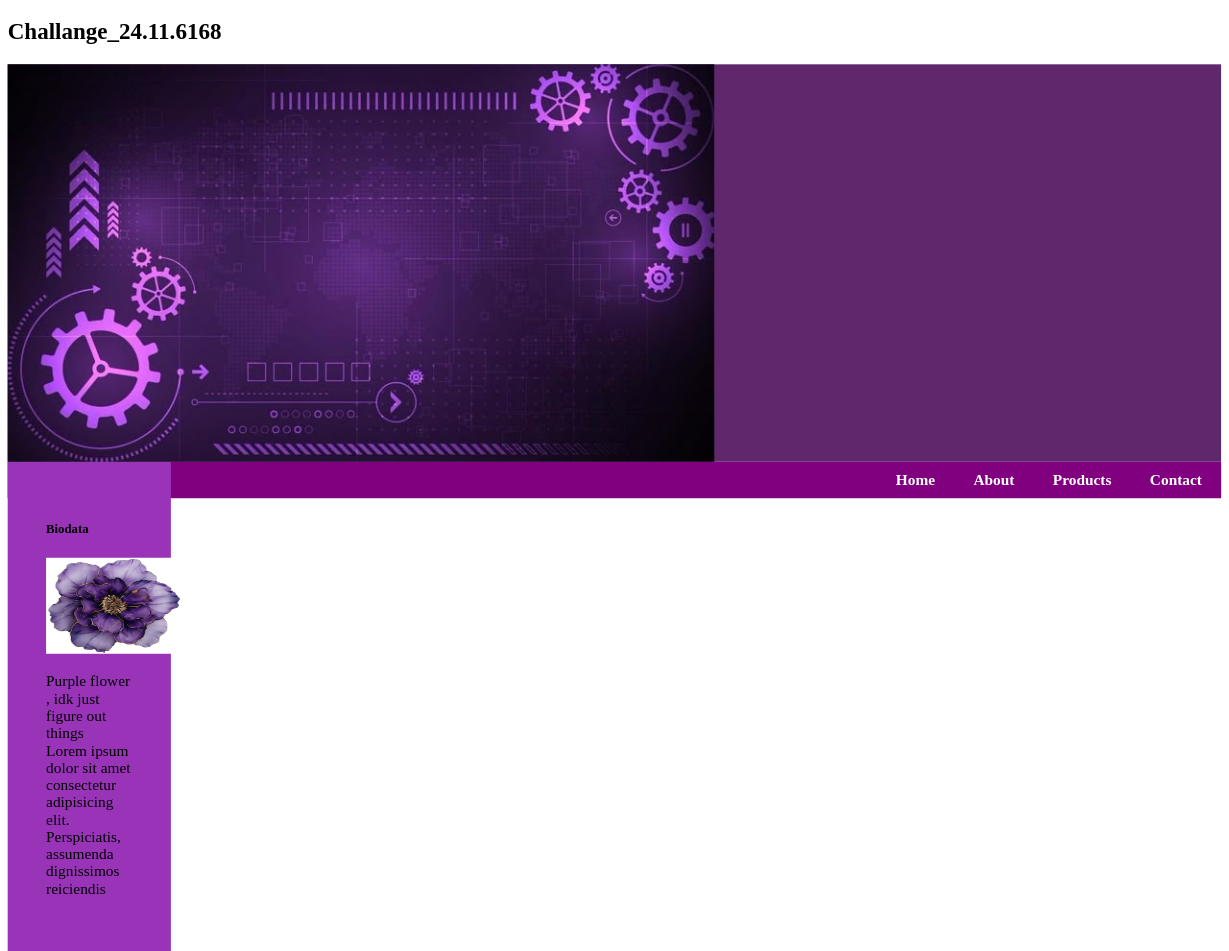
Repository: Ms-Ulfiyahrustam/p5_pemogramanweb
Page: index.html
These files come from the project's save history. The page is drawn as it stood at one moment and after the next save; the edit follows.
The browser window is 1280 px wide. The pictures show the whole page, at 96% of full size.

Above is the page before, as saved 2026-04-27 09:36:24.

After the next save:
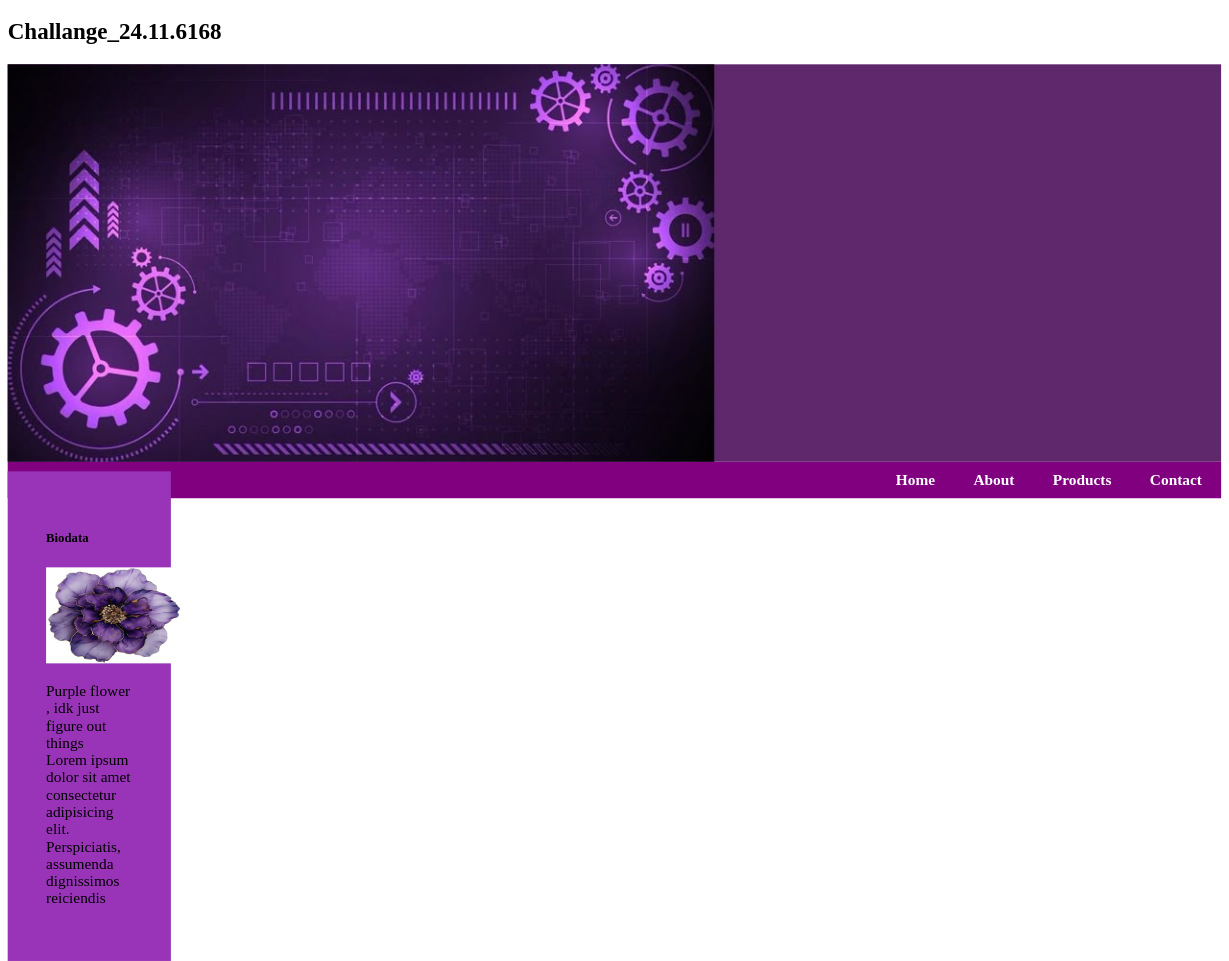
Saved 5 s later.
--- a/style.css
+++ b/style.css
@@ -11,7 +11,7 @@
     padding: 40px;
     float:left;
     background-color: rgb(153, 52, 184);
-    margin-top: 0;
+    margin-top: 10px;
 
 }
 
